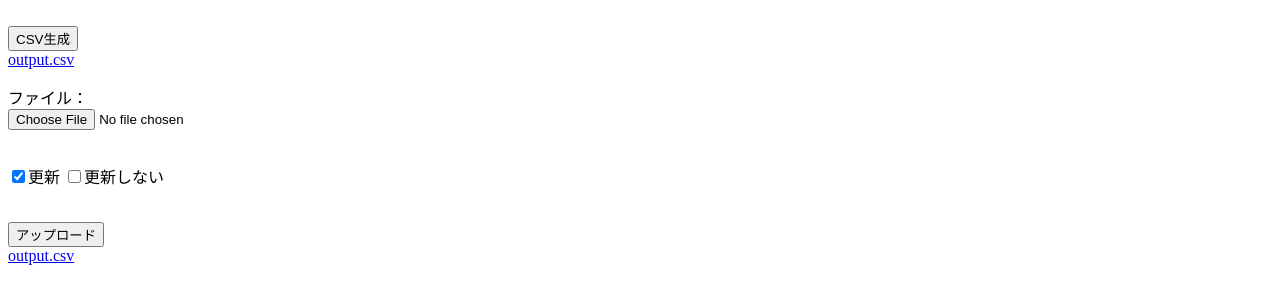
Repository: kaikikazu/StudyAbroad-R
Page: newdes/form.html
These files come from the project's save history. The page is drawn as it stood at one moment and after the next save; the edit follows.
The browser window is 1280 px wide. The pictures show the whole page.

Above is the page before, as saved 2018-04-13 06:37:32.

After the next save:
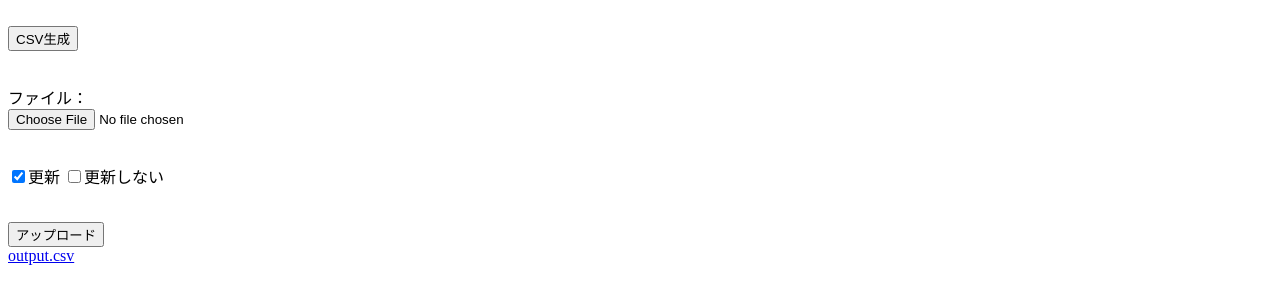
Saved 42 s later.
--- a/newdes/form.html
+++ b/newdes/form.html
@@ -8,7 +8,7 @@
     <br>
       <input type="submit" value="CSV生成" />
       <br>
-      <a href="output.csv">output.csv</a>
+      <!-- <a href="output.csv">output.csv</a> -->
       <br>
 </form>
 
